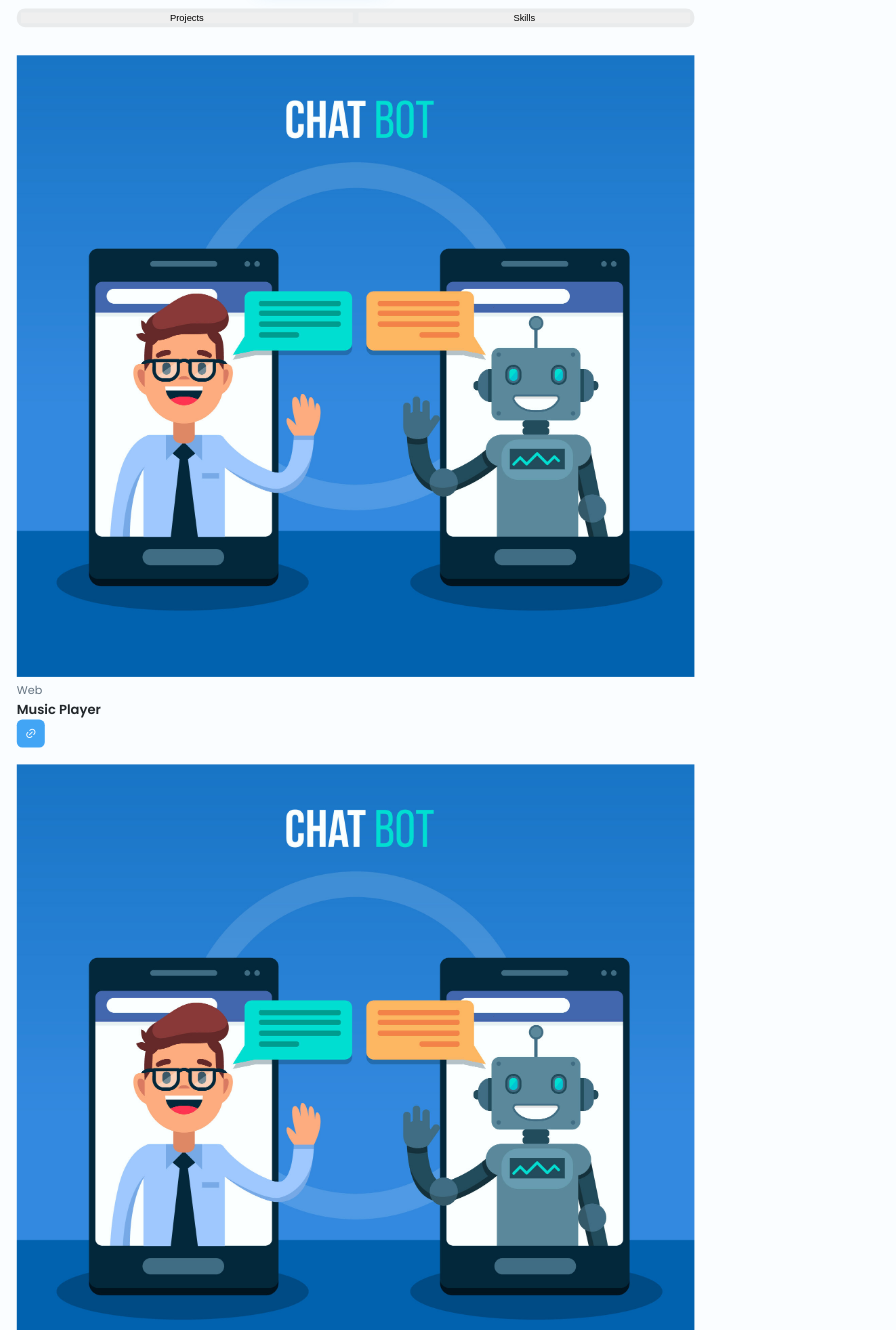
Repository: Kaii-Dev/Porfolio
Page: index.html
These files come from the project's save history. The page is drawn as it stood at one moment and after a run of saves; the edit follows.
The browser window is 1280 px wide. The pictures show the part of the page from y = 490 to 2390 px (the page is 4597 px tall before and 4629 px after), at 70% of full size.
A picture or video elsewhere on the page could not be fetched, so the positions and the page height are approximate. Some web libraries are served in a nearby version.

Above is the page before, as saved 2022-04-12 16:28:39.

### index.html
<!DOCTYPE html>
<html lang="en">
  <head>
    <meta charset="UTF-8" />
    <meta http-equiv="X-UA-Compatible" content="IE=edge" />
    <meta name="viewport" content="width=device-width, initial-scale=1.0" />
    <title>Portfolio</title>
    <link
      href="https://cdn.jsdelivr.net/npm/remixicon@2.2.0/fonts/remixicon.css"
      rel="stylesheet"
    />
    <link rel="stylesheet" href="./Assets/css/app.css" />
  </head>
  <body>
    <!-- HEADER PROFILE -->
    <header class="profile container">
      <div class="profile__container grid">
        <div class="profile__data">
          <div class="profile__border">
            <div class="profile__perfil">
              <img src="./Assets/img/perfil.jpeg" alt="" />
            </div>
          </div>

          <h2 class="profile__name">Khai Le</h2>
          <h3 class="profile__profession">Front-End Developer</h3>
          <ul class="profile__social">
            <a
              href="https://www.linkedin.com/in/le-khai-68b2921b0/"
              target="_blank"
              class="profile__social-link"
            >
              <i class="ri-linkedin-box-line"></i>
            </a>
            <a
              href="https://www.facebook.com/lkakaizy"
              target="_blank"
              class="profile__social-link"
            >
              <i class="ri-facebook-circle-line"></i>
            </a>
            <a
              href="https://github.com/Kaii-Dev"
              target="_blank"
              class="profile__social-link"
            >
              <i class="ri-github-line"></i>
            </a>
          </ul>
        </div>
        <div class="profile__info grid">
          <div class="profile__info group">
            <h3 class="profile__info-number">2</h3>
            <p class="profile__info-description">
              Language <br />
              certification
            </p>
          </div>
          <div class="profile__info group">
            <h3 class="profile__info-number">+10</h3>
            <p class="profile__info-description">
              Completed <br />
              projects
            </p>
          </div>
          <div class="profile__info group">
            <h3 class="profile__info-number">1</h3>
            <p class="profile__info-description">
              University's <br />
              scholarship
            </p>
          </div>
        </div>

        <div class="profile__buttons">
          <!-- insert cv -->
          <a download="" href="./Assets/pdf/" class="button">
            Download CV <i class="ri-download-line"></i>
          </a>

          <div class="profile__buttons-small">
            <!-- insert phone number -->
            <a
              href="tel: 0842454228"
              target="_blank"
              class="button button__small button__gray"
            >
              <i class="ri-phone-line"></i>
            </a>
            <a
              href="https://m.me/lkakaizy"
              target="_blank"
              class="button button__small button__gray"
            >
              <i class="ri-messenger-line"></i>
            </a>
          </div>
        </div>
      </div>
    </header>
    <!-- MAIN -->
    <main class="main">
      <section class="filters container">
        <!-- FILTERS TABS -->
        <ul class="filters__content">
          <button class="filters__button" data-target="#projects">
            Projects
          </button>
          <button class="filters__button" data-target="#skills">Skills</button>
        </ul>
        <div class="filters__sections">
          <!-- PROJECTS -->
          <div class="projects__content grid" data-content id="projects">
            <article>
              <img src="./Assets/img/pic1.jpeg" alt="" class="projects__img" />
              <div class="projects__modal">
                <div class="">
                  <span class="projects__subtitle">Web</span>
                  <h3 class="projects__title">Music Player</h3>
                  <a
                    href="https://kaii-dev.github.io/Music-player/"
                    class="projects__button button button__small"
                  >
                    <i class="ri-link"></i>
                  </a>
                </div>
              </div>
            </article>

            <article>
              <img src="./Assets/img/pic1.jpeg" alt="" class="projects__img" />
              <div class="projects__modal">
                <div class="">
                  <span class="projects__subtitle">Web</span>
                  <h3 class="projects__title">Covid ChatBot</h3>
                  <a
                    href="https://kaii-dev.github.io/Covid-ChatBot/"
                    class="projects__button button button__small"
                  >
                    <i class="ri-link"></i>
                  </a>
                </div>
              </div>
            </article>
            <article>
              <img src="./Assets/img/pic1.jpeg" alt="" class="projects__img" />
              <div class="projects__modal">
                <div class="">
                  <span class="projects__subtitle">Web</span>
                  <h3 class="projects__title">To do list</h3>
                  <a
                    href="https://kaii-dev.github.io/TO-DO-LIST/"
                    class="projects__button button button__small"
                  >
                    <i class="ri-link"></i>
                  </a>
                </div>
              </div>
            </article>

            <article>
              <img src="./Assets/img/pic1.jpeg" alt="" class="projects__img" />
              <div class="projects__modal">
                <div class="">
                  <span class="projects__subtitle">Web</span>
                  <h3 class="projects__title">Assets Management</h3>
                  <a href="" class="projects__button button button__small">
                    <i class="ri-link"></i>
                  </a>
                </div>
              </div>
            </article>
          </div>
          <!-- SKILLS -->
          <div class="skills__content grid" data-content id="skills"></div>
        </div>
      </section>
    </main>
    <!-- FOOTER -->
    <footer class="footer container"></footer>
    <!-- SCROLL REVEAL -->
    <script src="./Assets/js/app.js"></script>
  </body>
</html>

### Assets/css/app.css
/* GOOGLE FONT */
@import url("https://fonts.googleapis.com/css2?family=Poppins:wght@400;500;600&display=swap");
/* VAR CSS */
:root {
  --hue: 207;
  --sat: 90%;
  --lig: 61%;

  --first-color: hsl(var(--hue), var(--sat), var(--lig));
  --first-color-alt: hsl(var(--hue), var(--sat), 57%);
  --title-color: hsl(var(--hue), 12%, 15%);
  --text-color: hsl(var(--hue), 12%, 45%);
  --text-color-light: hsl(var(--hue), 8%, 75%);
  --text-color-lighten: hsl(var(--hue), 8%, 92%);
  --body-color: hsl(var(--hue), 100%, 99%);
  --container-color: #fff;
  /* font and typography */
  --body-font: "Poppins", sans-serif;
  --h2-font-size: 1.25rem;
  --h3-font-size: 1rem;
  --normal-font-size: 0.938rem;
  --small-font-size: 0.813rem;
  --smaller-font-size: 0.75rem;
}

/* responsive  */
@media screen and (min-width: 986px) {
  :root {
    --h2-font-size: 1.5rem;
    --h3-font-size: 1.25rem;
    --normal-font-size: 1rem;
    --small-font-size: 0.875rem;
    --smaller-font-size: 0.813rem;
  }
}
/*  CSS */
*,
*::before,
*::after {
  box-sizing: border-box;
}
* {
  margin: 0;
}

* {
  box-sizing: border-box;
  padding: 0;
  margin: 0;
}

body {
  font-family: var(--body-font);
  font-size: var(--normal-font-size);
  background-color: var(--body-color);
  color: var(--text-color);
  transition: 0.3s; /* For animation dark mode */
}

h1,
h2,
h3 {
  color: var(--title-color);
  font-weight: 600;
}

ul {
  list-style: none;
}

a {
  text-decoration: none;
}

img {
  max-width: 100%;
  height: auto;
}

/* REUSEBALE CSS */

.container {
  max-width: 968px;
  margin-left: 1.5rem;
  margin-right: 1.5rem;
}
.grid {
  display: grid;
  gap: 1.5rem;
}

/* PROFILE */
.profile {
  position: relative;
  padding-top: 3.5rem;
}

.profile__container {
  row-gap: 2rem;
}

.profile__data {
  display: grid;
  text-align: center;
}

.profile__perfil {
  width: 100px;
  height: 100px;
  background: linear-gradient(
    180deg,
    hsla(var(--hue), var(--sat), var(--lig), 1) 0%,
    hsla(var(--hue), var(--sat), var(--lig), 0.2) 100%
  );
  border-radius: 50%;
  overflow: hidden;
  display: flex;
  align-items: flex-end;
  justify-content: center;
}

.profile__perfil img {
  width: 75px;
}

.profile__border {
  border: 3.5px solid var(--first-color);
  justify-self: center;
  border-radius: 50%;
  display: grid;
  place-items: center;
  margin-bottom: 0.75rem;
}

.profile__name {
  font-size: var(--h2-font-size);
}
.profile__profession {
  font-size: var(--smaller-font-size);
  font-weight: 500;
  color: var(--text-color);
  margin-bottom: 1rem;
}

.profile__social {
  display: flex;
  justify-content: center;
  column-gap: 0.75rem;
  padding: 0 0 0 0px;
}

.profile__social-link {
  font-size: 1.25rem;
  color: var(--title-color);
  transition: 0.3s;
}
.profile__social-link:hover {
  color: var(--first-color);
}

.profile__info {
  grid-template-columns: repeat(3, max-content);
  justify-content: center;
  column-gap: 2.5rem;
}

.profile__info-group {
  font-size: var(--normal-font-size);
  margin-bottom: 0.25rem;
}

.profile__info-description {
  font-size: var(--smaller-font-size);
  font-weight: 500;
}
.profile__buttons,
.profile__buttons-small {
  display: flex;
  align-items: center;
  justify-content: center;
}

.profile__buttons {
  column-gap: 1rem;
}
.profile__buttons-small {
  column-gap: 0.25rem;
}
/* BUTTONS */

.button {
  display: inline-flex;
  align-items: center;
  column-gap: 0.5rem;
  background-color: var(--first-color);
  color: #fff;
  padding: 1.15rem 1.5rem;
  border-radius: 0.5rem;
  transition: 0.3s;
  box-shadow: 0 8px 24px hsla(var(--hue), var(--sat), var(--lig), 0.25);
}

.button:hover {
  background-color: var(--first-color-alt);
}

.button__small {
  padding: 0.75rem;
  box-shadow: none;
}

.button__gray {
  background-color: var(--text-color-lighten);
  color: var(--title-color);
}

.button__gray:hover {
  background-color: var(--text-color-ligh);
  color: var(--title-color);
}

/* FILTERS TABS */
.filters__content {
  margin: 2rem 0 2.5rem;
  background-color: var(--text-color-lighten);
  padding: 0.375rem;
  border-radius: 0.75rem;
  display: flex;
  justify-content: space-between;
  column-gap: 0.5rem;
}

.filters__button{
   width: 100%;
   border: none;
   outline: none;
}

Loaded but not shown: Assets/js/app.js (no copy from this time; the picture is the same without it)

After the next 3 saves:
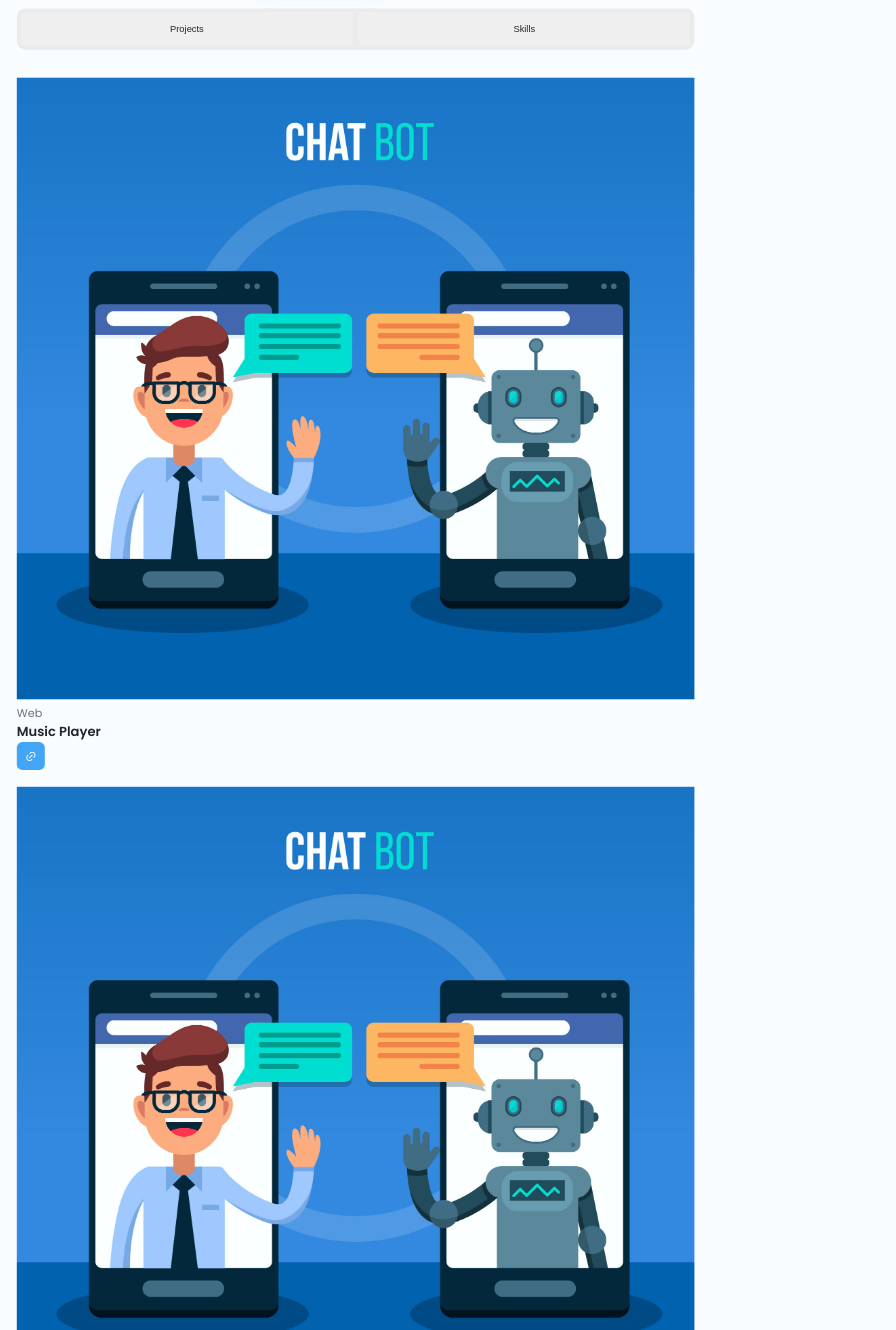
The 3 saves are shown as one change because they came seconds apart.
The last was saved 8 s later.
--- a/Assets/css/app.css
+++ b/Assets/css/app.css
@@ -230,8 +230,10 @@ img {
   column-gap: 0.5rem;
 }
 
-.filters__button{
-   width: 100%;
-   border: none;
-   outline: none;
-}
+.filters__button {
+  width: 100%;
+  border: none;
+  outline: none;
+  padding: 1rem;
+  color: var(--title-color);
+}
